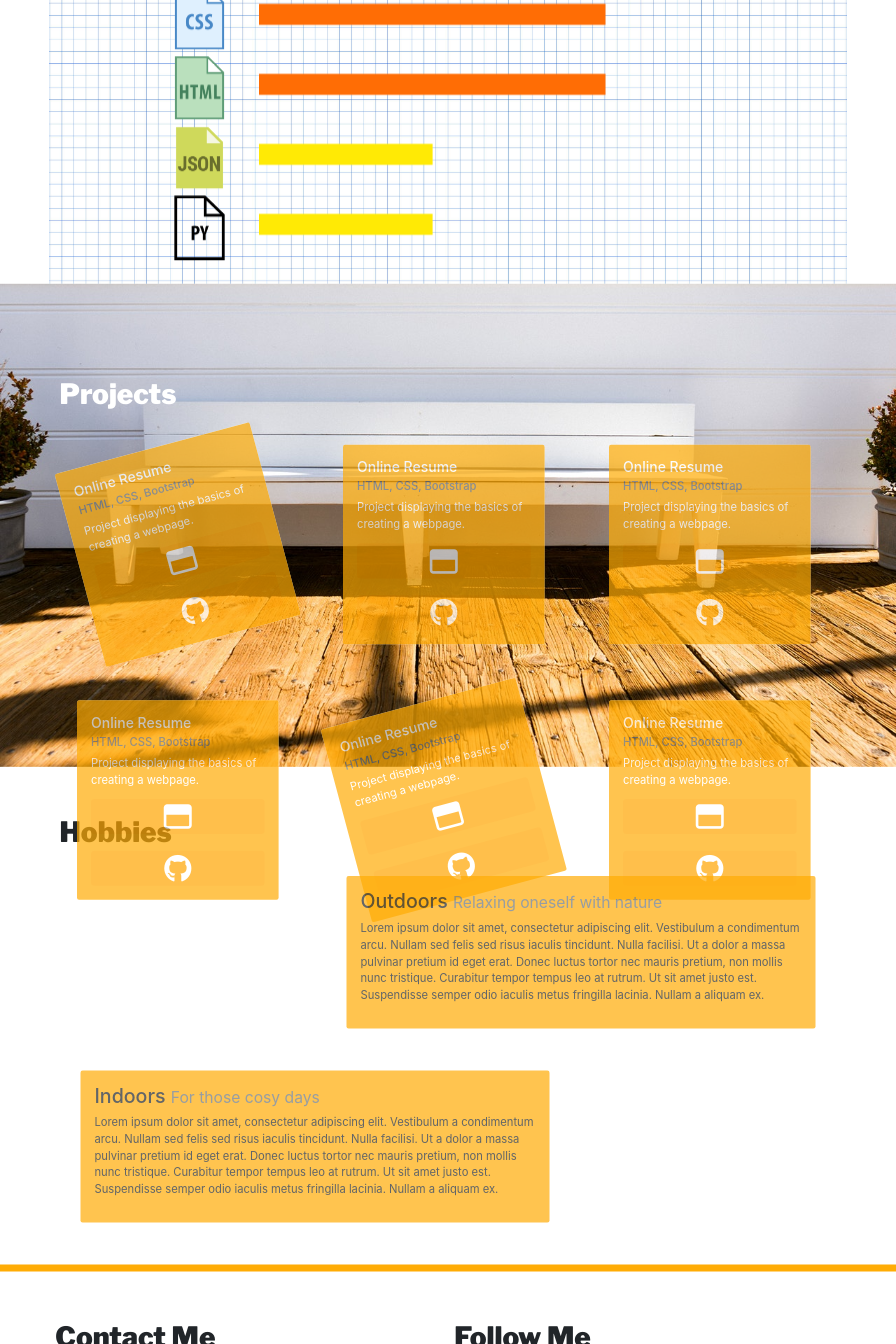
Repository: muhdarifrawi/resume-project
Page: index.html
The author's editor kept a record of every edit. The page is drawn from the files as they stood at one moment, then again after the next edit.
The browser window is 1280 px wide. The pictures show the part of the page from y = 1128 to 3048 px (the page is 3765 px tall), at 70% of full size.
Some web libraries are served in a nearby version.

Above is the page before.

After the next edit:
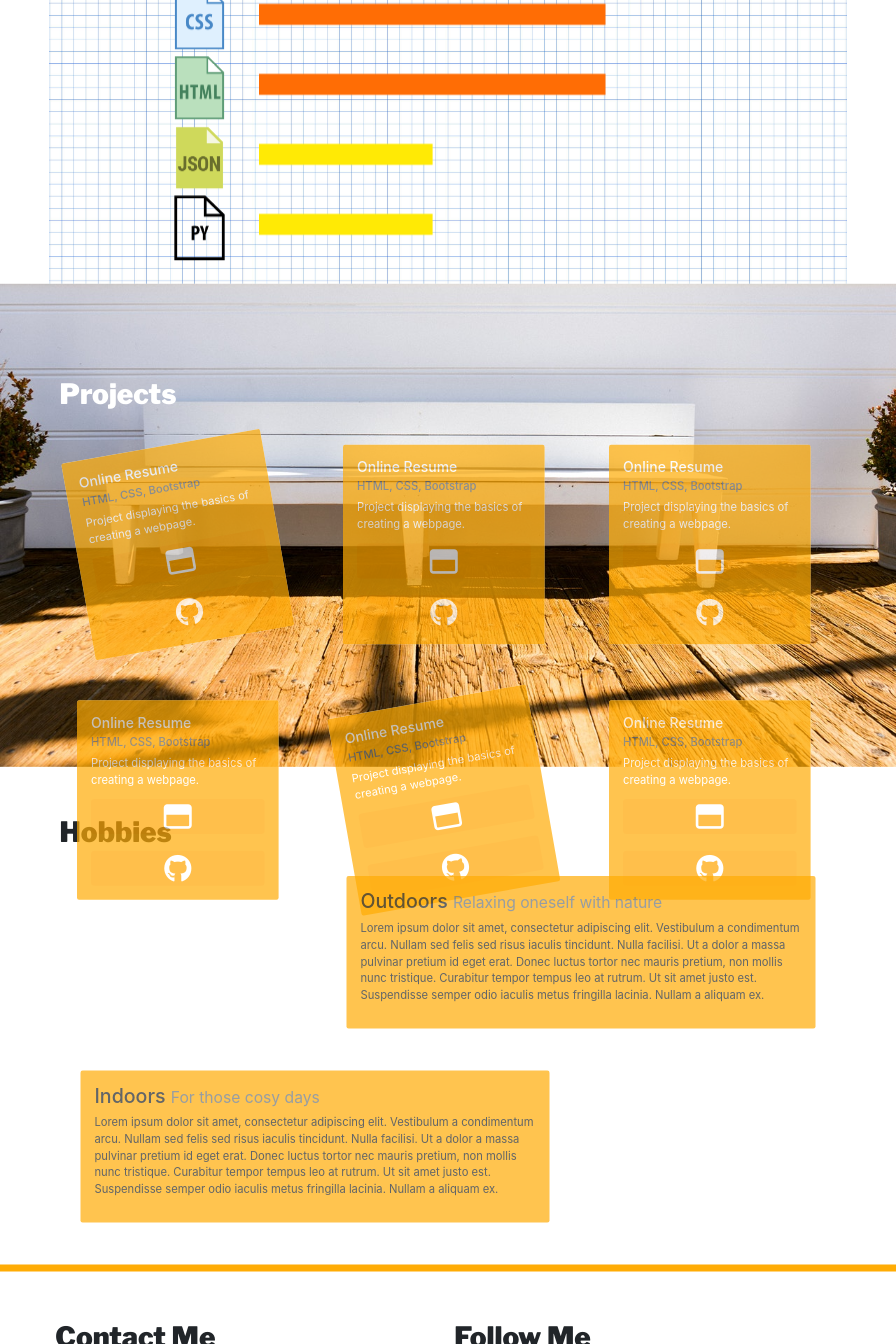
The edit:
--- a/style.css
+++ b/style.css
@@ -287,7 +287,7 @@
 }
 
 .note {
-    transform:rotate(-15deg);
+    transform:rotate(-10deg);
     transition-duration: 1s;
 }
 
